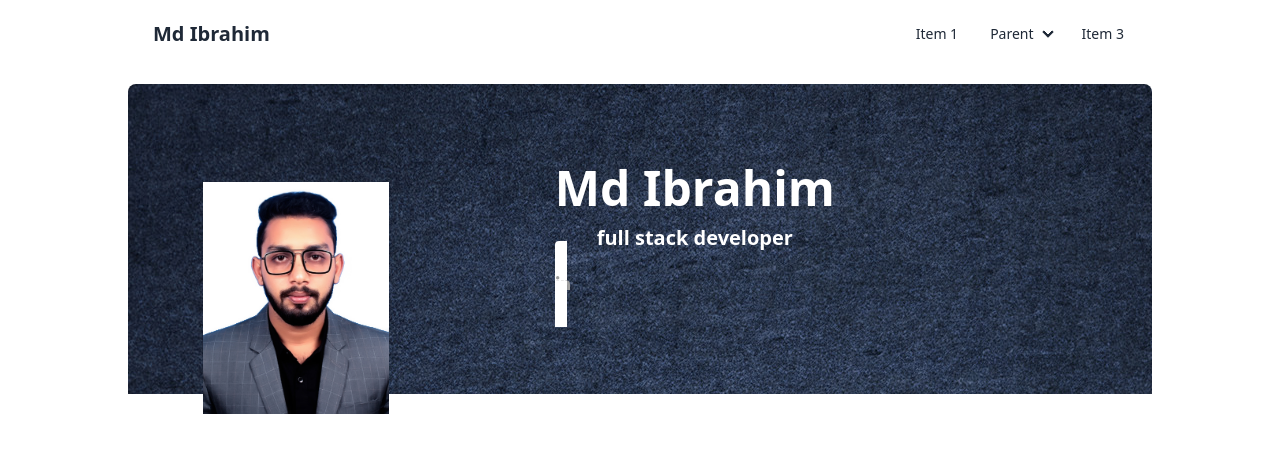
Repository: mdrubel02/portfilo
Page: /
The author's editor kept a copy of each file at every save. The page is drawn from the files as they stood at one save, then again after the next save.
The browser window is 1280 px wide. The pictures show the whole page.
The project was rebuilt for these pictures with package versions that can differ from the ones it lists, and the page was loaded fresh each time. Also part of the build but not shown: vite.config.js.

Above is the page before, as saved 2023-06-25 14:51:36.

### src/main.jsx
import React from 'react'
import ReactDOM from 'react-dom/client'
import './index.css'
import { RouterProvider } from 'react-router-dom'
import router from './Layout/routes'



ReactDOM.createRoot(document.getElementById('root')).render(
  <React.StrictMode>
    <div className='max-w-screen-lg mx-auto'>
      <RouterProvider router={router} />
    </div>
  </React.StrictMode>,
)

### src/index.css
@tailwind base;
@tailwind components;
@tailwind utilities;
@import url("https://fonts.googleapis.com/css2?family=Poppins&display=swap");

### src/Layout/routes.jsx
import { createBrowserRouter } from "react-router-dom";
import Main from "./Main";
import Home from "../Pages/Home/Home";


const router = createBrowserRouter([
  {
    path: "/",
    element: <Main />,
    children: [
      { path: '/', element: <Home /> },
      { path: '/home', element: <Home /> }
    ]
  }
]);

export default router;

### src/Layout/Main.jsx
import React from 'react';
import Navbar from '../Shared/Navbar/Navbar';
import { Outlet } from 'react-router-dom';

const Main = () => {
    return (
        <div className=''>
            <Navbar />
            <Outlet />
        </div>
    );
};

export default Main;

### src/Pages/Home/Home.jsx
import React from 'react';
import profile from '../../assets/nayeem.jpg'
import banner from '../../assets/background-image.jpg'
import { FaLinkedinIn } from 'react-icons/fa';


const Home = () => {
    const user = ['#9e9e9e']
    return (
        <div className='mt-3'>
            <div
             style={{backgroundImage: `url(${banner})`}}
            className='lg:h-[310px] max-[600px]:h-[450px relative rounded-t-lg'>
                    <div className='lg:flex mt-4'>
                        <div className='lg:w-5/12 flex justify-center items-center '>
                            <img className=' lg:h-3/4 max-[600px]:h-60 lg:absolute lg:bottom-[-20px] lg:left-[75px] mt-9 ' src={profile} alt="profile" />
                        </div>
                        <div className='lg:w-1/2 flex justify-start items-center '>
                            <div className='mt-20 w-auto'>
                                <h3 className='text-5xl text-white font-extrabold font-sans tracking-normal'>Md Ibrahim</h3>
                                <p className='text-center mt-3 text-xl text-white font-bold font-poppins'>full stack developer</p>
                                <div>
                                    <span className='p-3 bg-white h-5 w-5 rounded-s' ><FaLinkedinIn className='text-[#9e9e9e]' /></span>
                                </div>
                            </div>
                        </div>
                    </div>
            </div>
        </div>
    );
};

export default Home;

### src/Shared/Navbar/Navbar.jsx
import React from 'react';

const Navbar = () => {
    return (
        <div className="navbar bg-base-100 ">
            <div className="navbar-start">
            <div className="dropdown ">
                    <label tabIndex={0} className="btn btn-ghost lg:hidden">
                        <svg xmlns="http://www.w3.org/2000/svg" className="h-5 w-5" fill="none" viewBox="0 0 24 24" stroke="currentColor"><path strokeLinecap="round" strokeLinejoin="round" strokeWidth="2" d="M4 6h16M4 12h8m-8 6h16" /></svg>
                    </label>
                    <ul tabIndex={0} className="menu menu-sm dropdown-content mt-3 z-[1] p-2 shadow bg-base-100 rounded-box w-52">
                        <li><a>Item 1</a></li>
                        <li>
                            <a>Parent</a>
                            <ul className="p-2">
                                <li><a>Submenu 1</a></li>
                                <li><a>Submenu 2</a></li>
                            </ul>
                        </li>
                        <li><a>Item 3</a></li>
                    </ul>
                </div>
                <a className="btn btn-ghost normal-case text-xl">Md Ibrahim</a>
            </div>
            <div className="navbar-end hidden lg:flex">
                <ul className="menu menu-horizontal px-1">
                    <li><a>Item 1</a></li>
                    <li tabIndex={0}>
                        <details>
                            <summary>Parent</summary>
                            <ul className="p-2">
                                <li><a>Submenu 1</a></li>
                                <li><a>Submenu 2</a></li>
                            </ul>
                        </details>
                    </li>
                    <li><a>Item 3</a></li>
                </ul>
            </div>


        </div>
    );
};

export default Navbar;

Loaded but not shown: index.html (common file); tailwind.config.js (common file)

After the next save:
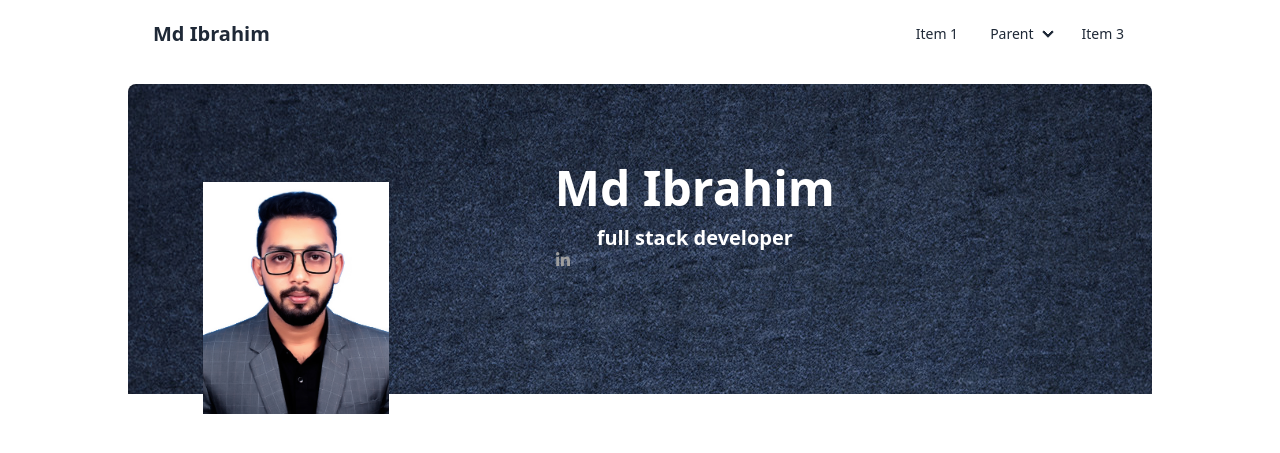
Saved 58 s later.
--- a/src/Pages/Home/Home.jsx
+++ b/src/Pages/Home/Home.jsx
@@ -20,7 +20,7 @@ const Home = () => {
                                 <h3 className='text-5xl text-white font-extrabold font-sans tracking-normal'>Md Ibrahim</h3>
                                 <p className='text-center mt-3 text-xl text-white font-bold font-poppins'>full stack developer</p>
                                 <div>
-                                    <span className='p-3 bg-white h-5 w-5 rounded-s' ><FaLinkedinIn className='text-[#9e9e9e]' /></span>
+                                    <span className=' bg-white h-5 w-5 rounded-s' ><FaLinkedinIn className='text-[#9e9e9e]' /></span>
                                 </div>
                             </div>
                         </div>
